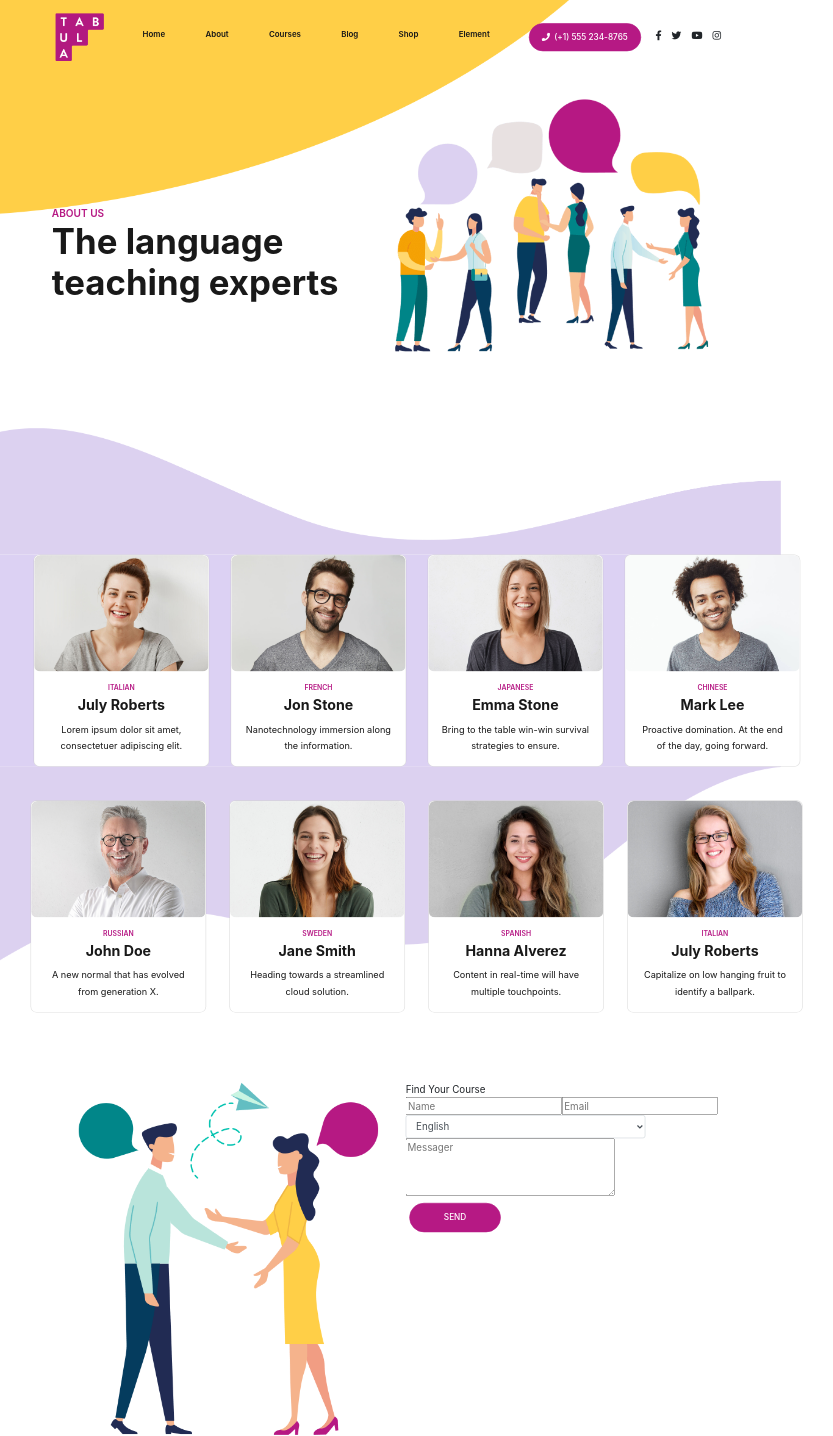
Repository: Khanh1234-glitch/TruongNguyenBaoKhanh_BC22_assignment__tabula
Page: Tabula/index.html
An editor plug-in stored every save of this project. The page is shown before and after the next save, followed by the edit.
The browser window is 1280 px wide. The page is 1366 px wide, so the pictures cover 1366 px, including what lies to the right of the window. The pictures show the whole page, at 61% of full size.
The style sheet was rebuilt from its Sass, Less or Tailwind sources for each picture, by a compiler version that may differ from the author's.

Above is the page before, as saved 2022-04-18 09:50:19.

### Tabula/index.html
<!doctype html>
<html lang="en">

<head>
    <title>Title</title>
    <!-- Required meta tags -->
    <meta charset="utf-8">
    <meta name="viewport" content="width=device-width, initial-scale=1, shrink-to-fit=no">
    <!-- link css -->
    <link rel="stylesheet" href="./css/style.css">
    <!-- link fontawesome -->
    <link rel="stylesheet" href="https://cdnjs.cloudflare.com/ajax/libs/font-awesome/5.15.4/css/all.min.css">
    <!-- Bootstrap CSS -->
    <link rel="stylesheet" href="https://stackpath.bootstrapcdn.com/bootstrap/4.3.1/css/bootstrap.min.css" integrity="sha384-ggOyR0iXCbMQv3Xipma34MD+dH/1fQ784/j6cY/iJTQUOhcWr7x9JvoRxT2MZw1T" crossorigin="anonymous">
</head>

<body>
    <header>
        <nav class="navbar container navbar-expand-md navbar-dark">
            <!-- Toggler/collapsibe Button -->
            <button class="navbar-toggler" type="button" data-toggle="collapse" data-target="#collapsibleNavbar">
                <span class="navbar-toggler-icon"></span>
            </button>
            <!-- Brand -->
            <img style="cursor:pointer" src="./img/crest.png" alt="">
            <!-- Navbar links -->
            <div class="collapse navbar-collapse " id="collapsibleNavbar">
                <ul class="navbar-nav ml-auto">
                    <li class="nav-item">
                        <a class="nav-link" href="#">Home</a>
                    </li>
                    <li class="nav-item">
                        <a class="nav-link" href="#">About</a>
                    </li>
                    <li class="nav-item">
                        <a class="nav-link" href="#">Courses</a>
                    </li>
                    <li class="nav-item">
                        <a class="nav-link" href="#">Blog</a>
                    </li>
                    <li class="nav-item">
                        <a class="nav-link" href="#">Shop</a>
                    </li>
                    <li class="nav-item">
                        <a class="nav-link" href="#">Element</a>
                    </li>
                    <li class="button">
                        <button class="btn-header"><i style="margin-right:7px;" class="fa fa-phone"></i> (+1) 555 234-8765</button>
                    </li>
                    <li class="nav-item" style="margin-top:10px">
                        <i class="fab fa-facebook-f"></i>
                        <i class="fab fa-twitter"></i>
                        <i class="fab fa-youtube"></i>
                        <i class="fab fa-instagram"></i>
                    </li>
                </ul>
            </div>
        </nav>
        <div class="hero-book container ">
            <div class="text-left">
                <span>ABOUT US</span>
                <h1>The language teaching experts</h1>
            </div>
            <div class="img-right">
                <img src="./img/hero_team.png" alt="">
            </div>
        </div>
    </header>
    <section class="column-img ">
        <img src="./img/Violet_top_left_wave.png" alt="">
        <div class="bg-card">
            <div class="container-card ">
                <div class="card" style="width: 18rem;">
                    <div class="img-card">
                        <img class="card-img-top" srcset="./img/teacher_1.jpg " alt="Card image cap">
                    </div>
                    <div class="card-body">
                        <p>ITALIAN</p>
                        <h5 class="card-title">July Roberts</h5>
                        <p class="card-text">Lorem ipsum dolor sit amet, consectetuer adipiscing elit.</p>
                    </div>
                </div>
                <div class="card" style="width: 18rem;">
                    <div class="img-card">
                        <img class="card-img-top" srcset="./img/teacher_2.jpg " alt="Card image cap">
                    </div>
                    <div class="card-body">
                        <p>FRENCH</p>
                        <h5 class="card-title">Jon Stone
                        </h5>
                        <p class="card-text">Nanotechnology immersion along the information.</p>
                    </div>
                </div>
                <div class="card" style="width: 18rem;">
                    <div class="img-card">
                        <img class="card-img-top" srcset="./img/teacher_3.jpg" alt="Card image cap">
                    </div>
                    <div class="card-body">
                        <p>JAPANESE</p>
                        <h5 class="card-title">Emma Stone</h5>
                        <p class="card-text">Bring to the table win-win survival strategies to ensure.</p>
                    </div>
                </div>
                <div class="card" style="width: 18rem;">
                    <div class="img-card">
                        <img class="card-img-top" srcset="./img/teacher_4.jpg " alt="Card image cap">
                    </div>
                    <div class="card-body">
                        <p>CHINESE</p>
                        <h5 class="card-title">Mark Lee</h5>
                        <p class="card-text">Proactive domination. At the end of the day, going forward.</p>
                    </div>
                </div>
            </div>
        </div>

        <img src="./img/Violet_bottom_left_wave.png" alt="">
        <div class="card-bottom">
            <div class="container-card ">
                <div class="card" style="width: 18rem;">
                    <div class="img-card">
                        <img class="card-img-top" srcset="./img/teacher_5.jpg " alt="Card image cap">
                    </div>
                    <div class="card-body">
                        <p>RUSSIAN</p>
                        <h5 class="card-title">John Doe</h5>
                        <p class="card-text">A new normal that has evolved from generation X.</p>
                    </div>
                </div>
                <div class="card" style="width: 18rem;">
                    <div class="img-card">
                        <img class="card-img-top" srcset="./img/teacher_6.jpg " alt="Card image cap">
                    </div>
                    <div class="card-body">
                        <p>SWEDEN</p>
                        <h5 class="card-title">Jane Smith</h5>
                        <p class="card-text">Heading towards a streamlined cloud solution.</p>
                    </div>
                </div>
                <div class="card" style="width: 18rem;">
                    <div class="img-card">
                        <img class="card-img-top" srcset="./img/teacher_7.jpg " alt="Card image cap">
                    </div>
                    <div class="card-body">
                        <p>SPANISH</p>
                        <h5 class="card-title">Hanna Alverez</h5>
                        <p class="card-text">Content in real-time will have multiple touchpoints.</p>
                    </div>
                </div>
                <div class="card" style="width: 18rem;">
                    <div class="img-card">
                        <img class="card-img-top" srcset="./img/teacher_8.jpg " alt="Card image cap">
                    </div>
                    <div class="card-body">
                        <p>ITALIAN</p>
                        <h5 class="card-title">July Roberts</h5>
                        <p class="card-text">Capitalize on low hanging fruit to identify a ballpark.</p>
                    </div>
                </div>
            </div>
        </div>
    </section>
    <section class="contact-form container">
        <div class="img-left">
            <img src="./img/conatct_inner.png" alt="">
        </div>
        <div class="form-right">
            <div class="form">
                <div class="title">Find Your Course</div>
                <div class="row-form">
                    <div class="name-form"><input type="text" placeholder="Name"></div>
                    <div class="email-form"><input type="text" placeholder="Email"></div>
                </div>
                <div class="seclect-form">
                    <select class="form-control" id="exampleFormControlSelect1">
                        <option>English</option>
                        <option>French</option>
                        <option>Spanish</option>
                        <option>German</option>
                    </select>
                </div>
                <div class="text-form">
                    <textarea name="" id="" cols="30" rows="10" placeholder="Messager"></textarea>
                </div>
                <button>Send</button>
            </div>
        </div>
    </section>

    <!-- Optional JavaScript -->
    <!-- jQuery first, then Popper.js, then Bootstrap JS -->
    <script src="https://code.jquery.com/jquery-3.3.1.slim.min.js" integrity="sha384-q8i/X+965DzO0rT7abK41JStQIAqVgRVzpbzo5smXKp4YfRvH+8abtTE1Pi6jizo" crossorigin="anonymous"></script>
    <script src="https://cdnjs.cloudflare.com/ajax/libs/popper.js/1.14.7/umd/popper.min.js" integrity="sha384-UO2eT0CpHqdSJQ6hJty5KVphtPhzWj9WO1clHTMGa3JDZwrnQq4sF86dIHNDz0W1" crossorigin="anonymous"></script>
    <script src="https://stackpath.bootstrapcdn.com/bootstrap/4.3.1/js/bootstrap.min.js" integrity="sha384-JjSmVgyd0p3pXB1rRibZUAYoIIy6OrQ6VrjIEaFf/nJGzIxFDsf4x0xIM+B07jRM" crossorigin="anonymous"></script>
</body>

</html>

### Tabula/Sass/style.scss
@import "./helper/mixin";
@import "./helper/variable";
@import "./Component/navbar";
@import "./Component/button";
@import "./Component/social";
@import "./Component/herobook";
@import "./Component/card-info";
@import "./Component/footer-form";

### Tabula/Sass/helper/_mixin.scss
@mixin content($fs, $fw, $color) {
    font-size: $fs;
    font-weight: $fw;
    background-color: $color;
}

@mixin content2($fs, $fw, $color) {
    font-size: $fs;
    font-weight: $fw;
    color: $color;
}

### Tabula/Sass/helper/_variable.scss
//color
$color:#e6afd4;
$color2:#181818;
$color3:#b61984 !important;
$color4:#191919 !important;
$color5:#dcd1f3;
//font weight
$fw-1:500;
$fw-2:600;
$fw-3:700;
$fw-4:800;
$fw-0:300;
//font-size
$fs-1:13px;
$fs-2:57px;
$fs-3:16.5px;
$fs-4:14.625px;
$fs-5:13.125px;
$fs-6:13.5px;
$fs-7:16.5px;
$fs-8:15px;
$fs-9:17.25px;
$fs-10:11.25px;
$fs-11:23.25px;

### Tabula/Sass/Component/_navbar.scss
body {
    background: url("./../../img/yellow_top_wave_01.png");
    background-repeat: no-repeat;
    header {
        .navbar-nav {
            .nav-item {
                a {
                    @include content2($fs-1,
                    $fw-2,
                    $color2);
                    line-height: 80px;
                    margin-right: 50px;
                    color: $color2 !important;
                    transition: all 0.5s;
                    &::after {
                        content: "";
                        width: 10px;
                        height: 10px;
                        margin-left: 7px;
                        border-radius: 100%;
                        display: block;
                        background-color: $color3;
                        transition: all 0.5s;
                        transform: scaleX(0);
                    }
                    &:hover {
                        color: $color3;
                        &::after {
                            transform: scaleX(1);
                        }
                    }
                }
            }
        }
    }
}

### Tabula/Sass/Component/_button.scss
    .navbar-nav {
        .button {
            display: flex;
            align-items: center;
            margin-right: 18px;
            button {
                @include content($fs-6, $fw-1, $color3);
                align-items: center;
                border-radius: 50px;
                display: flex;
                justify-content: center;
                line-height: 13.5px;
                margin: 6px;
                padding: 14.85px 20.25px;
                text-align: center;
                color: #fff;
                border: 1px solid $color3;
                transition: all 0.2s;
                &:hover {
                    background-color: #fff !important;
                    border: 1px solid $color3;
                    color: $color3;
                }
            }
        }
    }

    .form {
        button {
            width: 150px;
            height: 48px;
            @include content($fs-6, $fw-1, $color3);
            align-items: center;
            border-radius: 50px;
            display: flex;
            justify-content: center;
            line-height: 13.5px;
            margin: 6px;
            padding: 18.9px 35.1px;
            text-align: center;
            color: #fff;
            border: 1px solid $color3;
            transition: all 0.2s;
            text-transform: uppercase;
            &:hover {
                background-color: #fff !important;
                border: 1px solid $color3;
                color: $color3;
            }
        }
    }

### Tabula/Sass/Component/_social.scss
.navbar-nav {
    .nav-item {
        i {
            margin-right: 12px;
            line-height: 80px;
            cursor: pointer;
            transition: all 0.5s;
            &:hover {
                color: $color3;
            }
        }
    }
}

### Tabula/Sass/Component/_herobook.scss
.hero-book {
    display: flex;
    .text-left {
        margin-top: 216px;
        span {
            @include content2($fs-7, $fw-2, $color3);
            line-height: 19.8px;
        }
        h1 {
            @include content2($fs-2, $fw-3, $color4);
            line-height: 68.4px;
        }
    }
}

### Tabula/Sass/Component/_card-info.scss
.column-img {
    position: relative;
    margin-bottom: 200px;
    img {
        width: 100%;
        height: auto;
        display: block;
    }
    .bg-card {
        background-color: $color5;
        .container-card {
            display: grid;
            grid-template-columns: repeat(4, 1fr);
            gap: 35px;
            margin: 0 55px;
            .card-body {
                text-align: center;
                p:first-of-type {
                    @include content2($fs-10, $fw-2, $color3);
                    line-height: 13.5px;
                    margin: 0px 0px 7.875px;
                }
                h5 {
                    @include content2($fs-11, $fw-3, $color4);
                    line-height: 27.9px;
                }
                p:last-child {
                    color: $color2;
                    font-size: 15px;
                    line-height: 27px;
                    text-align: center;
                }
            }
            .card {
                border-radius: 10px;
                transition: all 0.5s;
                .img-card {
                    overflow: hidden;
                    border-radius: 10px;
                }
                &:hover {
                    box-shadow: 0 8px 60px 0 rgba(103, 151, 255, .11), 0 12px 90px 0 rgba(103, 151, 255, .11);
                    img {
                        transform: scale(1.1);
                        -webkit-transform: scale(1.1);
                        -moz-transform: scale(1.1);
                        -o-transform: scale(1.1);
                        -ms-transform: scale(1.1);
                    }
                }
                img {
                    border-top-left-radius: 10px;
                    border-top-right-radius: 10px;
                    transition: all 0.3s;
                }
            }
        }
    }
}

.card-bottom {
    position: absolute;
    top: 70%;
    .container-card {
        display: grid;
        grid-template-columns: repeat(4, 1fr);
        gap: 38px;
        margin: 0 50px;
        .card-body {
            text-align: center;
            p:first-of-type {
                @include content2($fs-10, $fw-2, $color3);
                line-height: 13.5px;
                margin: 0px 0px 7.875px;
            }
            h5 {
                @include content2($fs-11, $fw-3, $color4);
                line-height: 27.9px;
            }
            p:last-child {
                color: $color2;
                font-size: 15px;
                line-height: 27px;
                text-align: center;
            }
        }
        .card {
            border-radius: 10px;
            transition: all 0.5s;
            .img-card {
                overflow: hidden;
                border-radius: 10px;
            }
            &:hover {
                box-shadow: 0 8px 60px 0 rgba(103, 151, 255, .11), 0 12px 90px 0 rgba(103, 151, 255, .11);
                img {
                    transform: scale(1.1);
                    -webkit-transform: scale(1.1);
                    -moz-transform: scale(1.1);
                    -o-transform: scale(1.1);
                    -ms-transform: scale(1.1);
                }
            }
            img {
                border-top-left-radius: 10px;
                border-top-right-radius: 10px;
                transition: all 0.3s;
            }
        }
    }
}

### Tabula/Sass/Component/_footer-form.scss
    .contact-form {
        display: flex;
        .form-right {
            .form {
                width: 393px;
                height: 504px;
                .row-form {
                    display: flex;
                }
                .text-form {
                    textarea {
                        width: 343px;
                        height: 94px;
                    }
                }
            }
        }
    }

After the next save:
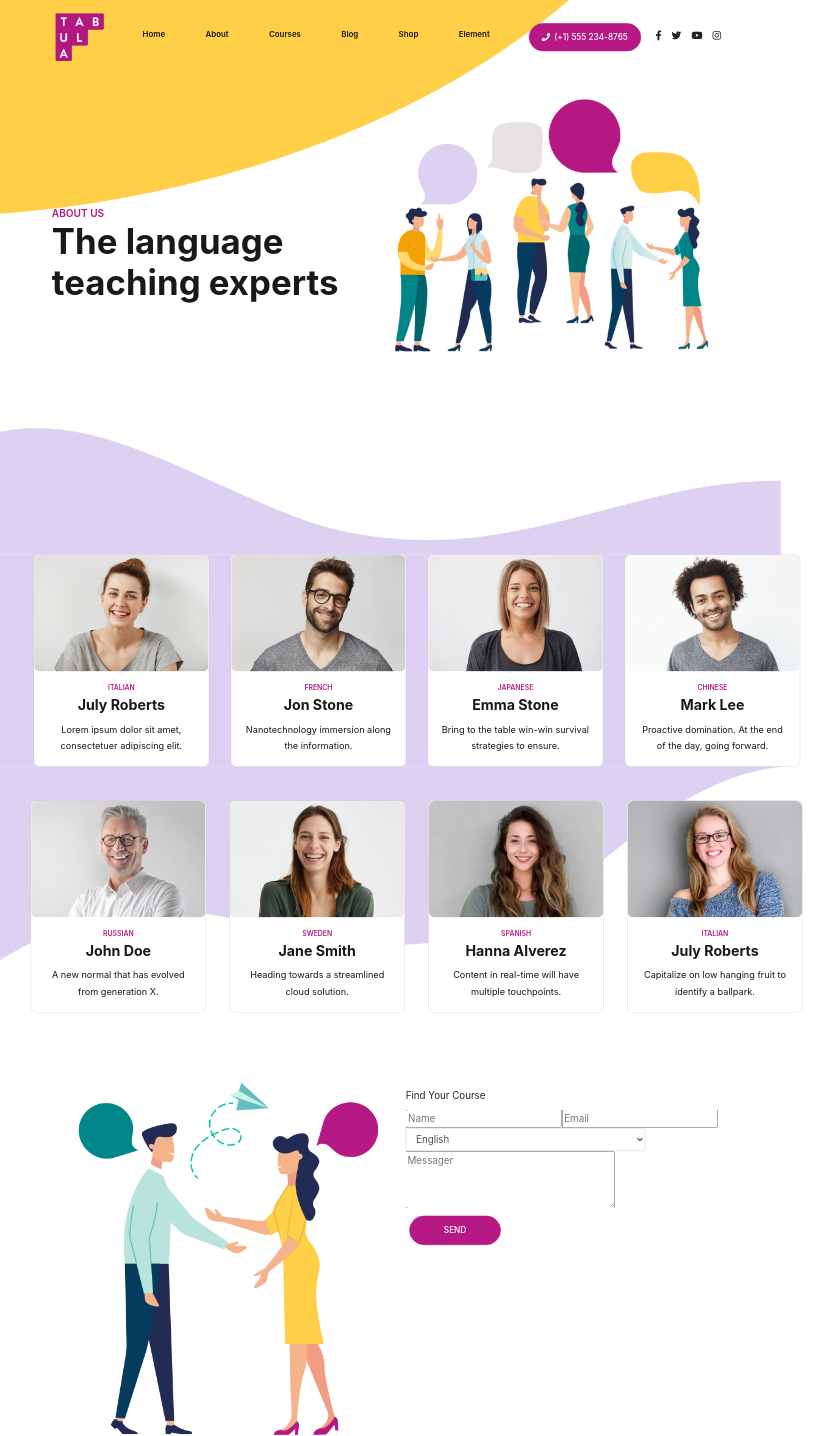
Saved 48 s later.
--- a/Tabula/Sass/Component/_footer-form.scss
+++ b/Tabula/Sass/Component/_footer-form.scss
@@ -4,6 +4,9 @@
             .form {
                 width: 393px;
                 height: 504px;
+                .title {
+                    line-height: 45px;
+                }
                 .row-form {
                     display: flex;
                 }
